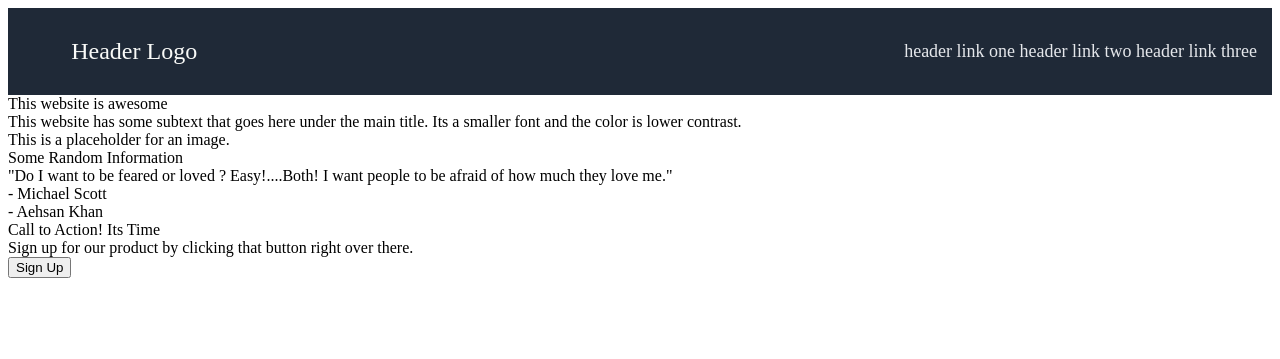
Repository: Aehsan4004/odinlandpage
Page: index.html
The author's editor kept a copy of each file at every save. The page is drawn from the files as they stood at one save, then again after the next save.
The browser window is 1280 px wide. The pictures show the whole page.

Above is the page before, as saved 2025-02-10 09:17:44.

### index.html
<!DOCTYPE html>
<html lang="en">
<head>
    <meta charset="UTF-8">
    <meta name="viewport" content="width=device-width, initial-scale=1.0">
    <title>Odin Project Landing Page</title>
    <link rel="stylesheet" href="styles.css">
</head>
<body>
    <div class="one">
        <div class="logo">
            Header Logo
        </div>
        <div class="head-links">
            <ul>
                <a>header link one</a>
                <a>header link two</a>
                <a>header link three</a>
            </ul>
        </div>
    </div>

    <div class="two">
        <div class="left-box">
            <div class="title">
                This website is awesome
            </div>

            <div class="content">
                This website has some subtext that goes here under the main title. Its a smaller font and the color is lower contrast.
            </div>

        </div>
        <div class="right-box">
            This is a placeholder for an image.
        </div>

    </div>

    <div class="three">
        <div class="opt-head">
            Some Random Information
        </div>
        <div class="menu-box">
            <div class="box" id="1"></div>
            <div class="box" id="2"></div>
            <div class="box" id="3"></div>
            <div class="box" id="4"></div>
        </div>

    </div>

    <div class="four">
        <div class="quote">
            "Do I want to be feared or loved ?
             Easy!....Both!
             I want people to be afraid of how much they love me."
        </div>
        <div class="quoter"> - Michael Scott</div>
        <div class="requoter"> - Aehsan Khan</div>
    </div>

    <div class="five">
        <div class="foot-box">
            <div class="call2act">
                <div class="main"> Call to Action! Its Time</div>
                <div class="supp">Sign up for our product by clicking that button right over there.</div>
            </div>
            <button class="signup-btn">Sign Up</button>
        </div>

    </div>
</body>
</html>

### styles.css
body {
    display: flex;
    flex-direction: column;
    /* flex: 1 1 100%; */
    /* min-height: 100%; */
    /* align-items: center; */
    justify-content: center;
}

.one {
    display: flex;
    justify-content: space-between;
    align-items: center;
    background-color: #1f2937;
}

.logo {
    font-size: 24px;
    color: #f9faf8;
    margin-left: 5%;
}

.head-links {
    color: #e5e7eb;
    font-size: 18px;
    margin: 15px;
}

After the next save:
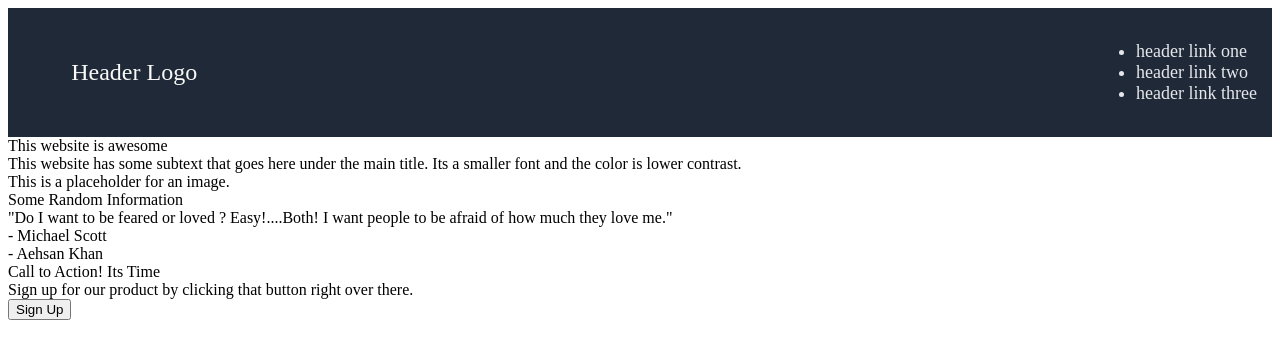
Saved 2 min 18 s later.
--- a/index.html
+++ b/index.html
@@ -13,9 +13,9 @@
         </div>
         <div class="head-links">
             <ul>
-                <a>header link one</a>
-                <a>header link two</a>
-                <a>header link three</a>
+                <li>header link one</li>
+                <li>header link two</li>
+                <li>header link three</li>
             </ul>
         </div>
     </div>
